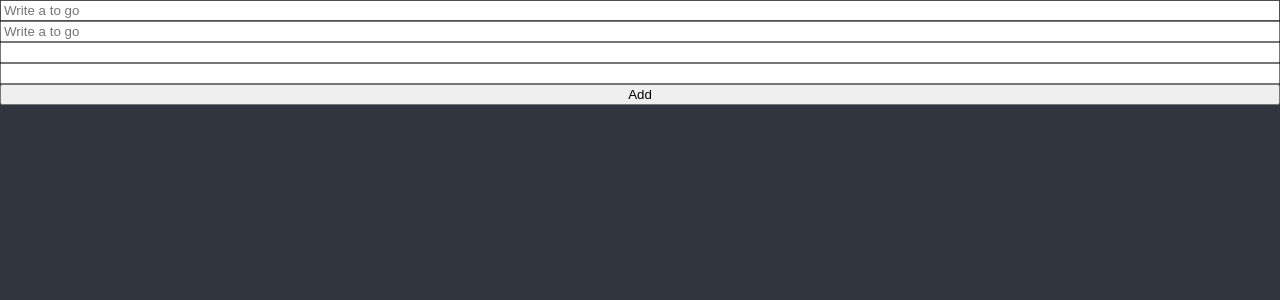
Repository: SeungYn/react-nomad
Page: / (app in recoil-todo/)
These files come from the project's save history. The page is drawn as it stood at one moment and after the next save; the edit follows.
The browser window is 1280 px wide. The pictures show the whole page.
The project was rebuilt for these pictures with package versions that can differ from the ones it lists, and the page was loaded fresh each time.

Above is the page before, as saved 2023-01-07 20:36:58.

After the next save:
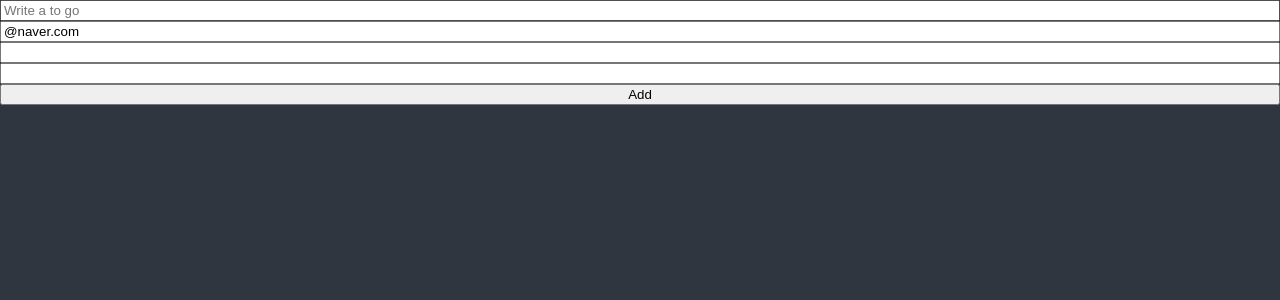
Saved 3 min 40 s later.
--- a/recoil-todo/src/ToDoList.tsx
+++ b/recoil-todo/src/ToDoList.tsx
@@ -41,7 +41,11 @@ interface IForm {
 }
 
 function ToDoList() {
-  const { register, watch, handleSubmit, formState } = useForm<IForm>();
+  const { register, watch, handleSubmit, formState } = useForm<IForm>({
+    defaultValues: {
+      Email: '@naver.com',
+    },
+  });
   const onValid = (data: IForm) => {
     console.log(data);
   };
